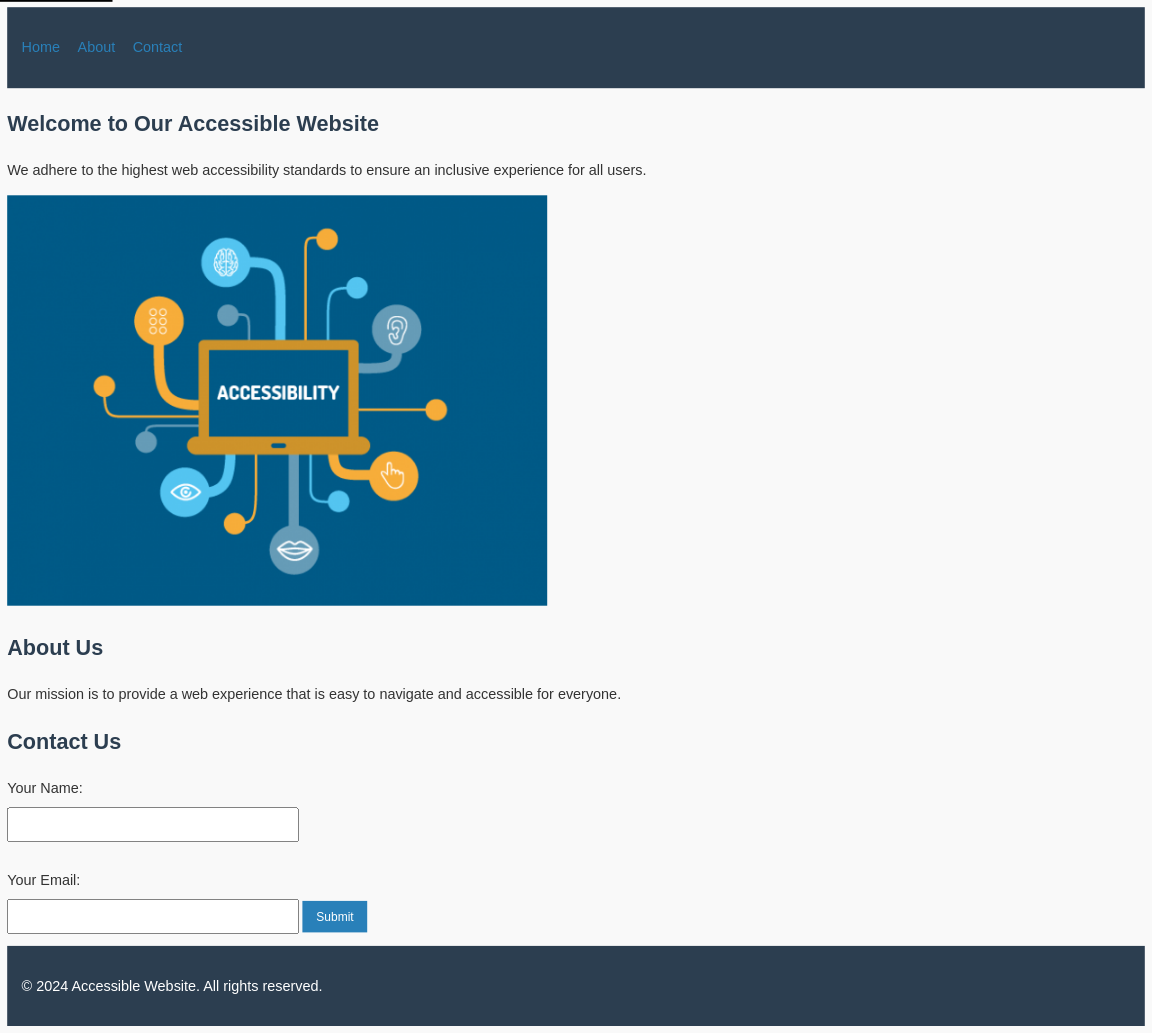
Repository: SumanReddy18/wcag_helper
Page: index.html
These files come from the project's save history. The page is drawn as it stood at one moment and after the next save; the edit follows.
The browser window is 1280 px wide. The pictures show the whole page, at 90% of full size.

Above is the page before, as saved 2024-09-25 08:50:44.

### index.html
<!DOCTYPE html>
<html lang="en">

<head>
    <meta charset="UTF-8">
    <meta name="viewport" content="width=device-width, initial-scale=1.0">
    <meta name="description" content="A fully accessible website">
    <title>Accessible Website</title>
    <link rel="stylesheet" href="css/styles.css">
</head>

<body>
    <!-- Skip Link -->
    <a href="#main-content" class="skip-link">Skip to Content</a>

    <header role="banner">
        <nav aria-label="Main Navigation">
            <ul>
                <li><a href="#home">Home</a></li>
                <li><a href="#about">About</a></li>
                <li><a href="#contact">Contact</a></li>
            </ul>
        </nav>
    </header>

    <main role="main" id="main-content">
        <section id="home">
            <h1>Welcome to Our Accessible Website</h1>
            <p>We adhere to the highest web accessibility standards to ensure an inclusive experience for all users.</p>
            <img src="images/accessible-image.jpg" alt="Illustration of accessibility" />
        </section>

        <section id="about" aria-labelledby="about-heading">
            <h2 id="about-heading">About Us</h2>
            <p>Our mission is to provide a web experience that is easy to navigate and accessible for everyone.</p>
        </section>

        <section id="contact" aria-labelledby="contact-heading">
            <h2 id="contact-heading">Contact Us</h2>
            <form action="/submit" method="POST" aria-label="Contact Form">
                <label for="name">Your Name:</label>
                <input type="text" id="name" name="name" aria-required="true" required>

                <label for="email">Your Email:</label>
                <input type="email" id="email" name="email" aria-required="true" required>

                <button type="submit">Submit</button>
            </form>
        </section>
    </main>

    <footer role="contentinfo">
        <p>&copy; 2024 Accessible Website. All rights reserved.</p>
    </footer>

    <style>
        /* Skip Link */
        .skip-link {
            position: absolute;
            top: -40px;
            left: 0;
            background: #000;
            color: #fff;
            padding: 8px;
            z-index: 100;
        }

        .skip-link:focus {
            top: 0;
        }
    </style>
</body>

</html>

### css/styles.css
body {
    font-family: Arial, sans-serif;
    line-height: 1.6;
    color: #333;
    background-color: #f9f9f9;
}

header,
footer {
    background-color: #2c3e50;
    color: white;
    padding: 1em;
}

nav ul {
    list-style: none;
    padding: 0;
}

nav ul li {
    display: inline;
    margin-right: 15px;
}

a {
    color: #2980b9;
    text-decoration: none;
}

a:focus,
a:hover {
    text-decoration: underline;
}

h1,
h2 {
    color: #2c3e50;
}

button {
    background-color: #2980b9;
    color: white;
    padding: 10px 15px;
    border: none;
    cursor: pointer;
}

button:focus {
    outline: 3px solid #3498db;
}

img {
    max-width: 100%;
    height: auto;
}

form label {
    display: block;
    margin: 1em 0 0.5em;
}

input {
    padding: 10px;
    width: 100%;
    max-width: 300px;
    margin-bottom: 1em;
}

input:focus {
    outline: 2px solid #3498db;
}

After the next save:
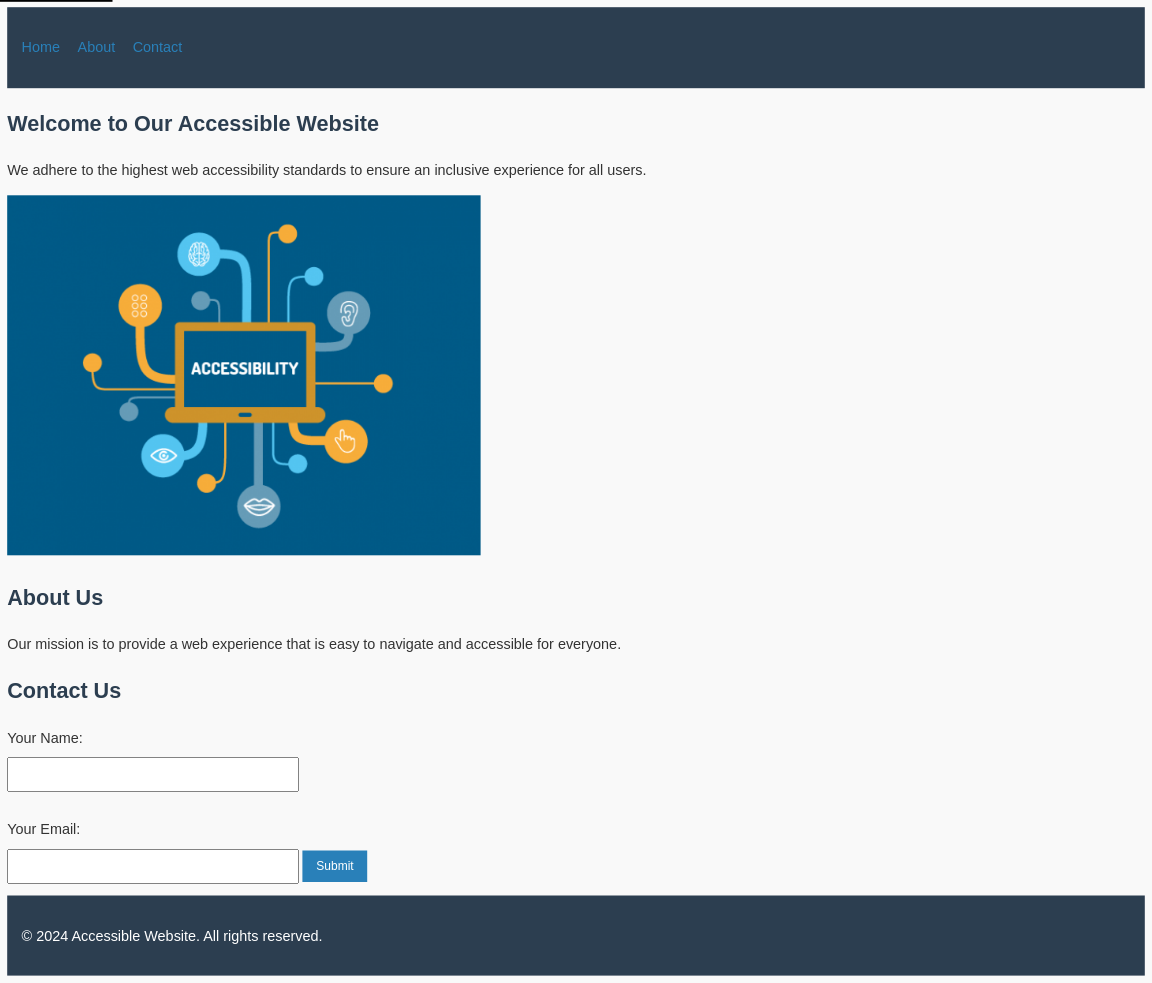
Saved 1 s later.
--- a/css/styles.css
+++ b/css/styles.css
@@ -52,6 +52,10 @@ button:focus {
 img {
     max-width: 100%;
     height: auto;
+    max-height: 400px;
+    /* Limit the height of large images */
+    object-fit: cover;
+    /* Maintain the aspect ratio */
 }
 
 form label {
